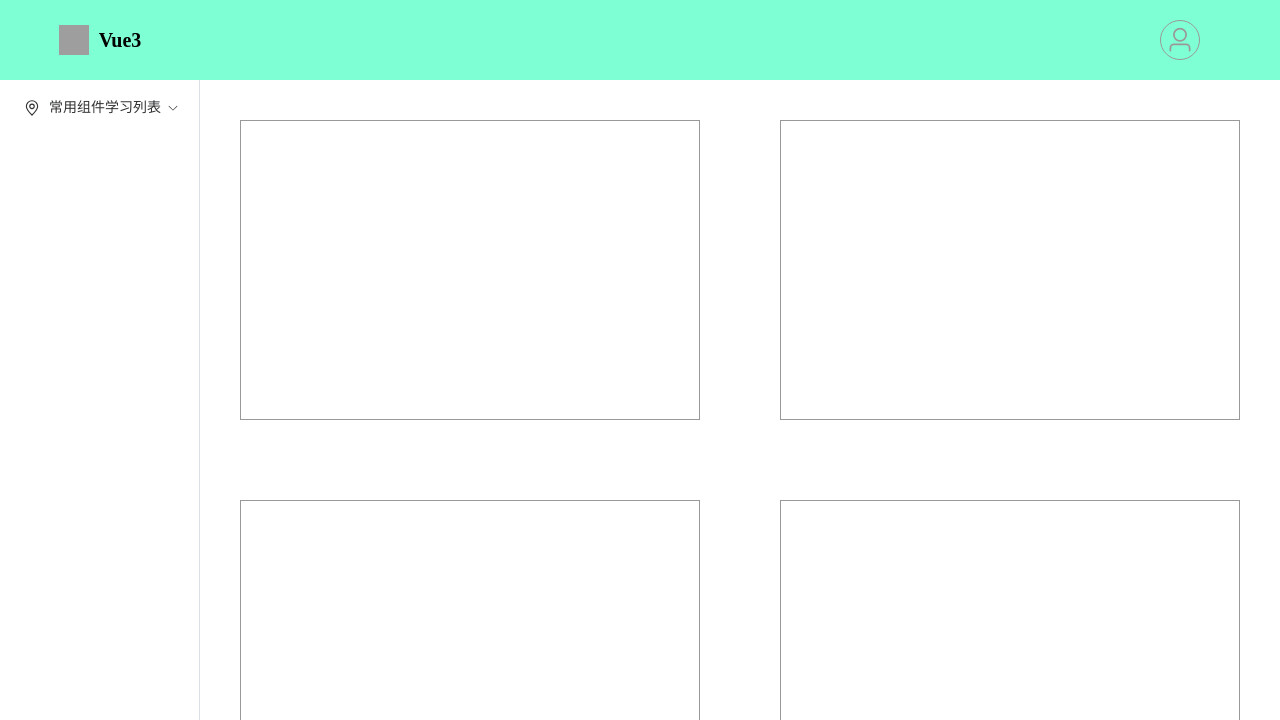
Repository: 553559555/vue3-project
Page: /#/index (app in vue3-app/)
These files come from the project's save history. The page is drawn as it stood at one moment and after the next save; the edit follows.
The browser window is 1280 px wide. The pictures show the whole page.
Pictures or frames that could not be fetched are drawn as grey boxes. An inner scrolling area shows only its first screen. The project was rebuilt for these pictures with package versions that can differ from the ones it lists, and the page was loaded fresh each time. Also part of the build but not shown: vue3-app/vite.config.ts.

Above is the page before, as saved 2025-03-24 11:12:37.

### vue3-app/src/main.ts
import { createApp } from 'vue'
import ElementPlus from 'element-plus'
import 'element-plus/dist/index.css'
import router from './router'
import pinia from './stores'
import './style.css'
import App from './App.vue'

const app = createApp(App)
app.use(ElementPlus)
app.use(router)
app.use(pinia)

app.mount('#app')

### vue3-app/src/router/index.ts
import { createRouter, createWebHashHistory, createWebHistory } from 'vue-router'
import type { RouteRecordRaw } from 'vue-router'

const routes: Array<RouteRecordRaw> = [
  {
    path: '/',
    name: 'Login',
    component: () => import('../views/login.vue')
  },
  {
    path: '/index',
    name: 'index',
    component: () => import('../views/index.vue'),
    children: [
      {
        path: '',
        name: 'Home',
        component: () => import('../views/Home.vue')
      },
      {
        path: '/about',
        name: 'About',
        component: () => import('../views/About.vue')
      }
    ]
  }

]

const router = createRouter({
  history: createWebHashHistory(),
  routes
})

export default router

### vue3-app/src/stores/index.ts
import { createPinia } from 'pinia'

const pinia = createPinia()

export default pinia

### vue3-app/src/style.css
/* CSS 重置 */
* {
  margin: 0;
  padding: 0;
  box-sizing: border-box;
}

### vue3-app/src/App.vue
<script setup lang="ts">
import { RouterView } from 'vue-router'
</script>

<template>
    <router-view />
</template>

### vue3-app/src/views/index.vue
<template>
    <div>
        <el-header>
            <home-header />
        </el-header>
        <el-container>
            <el-aside width="200px">
                <home-left />
            </el-aside>
            <el-main>
                <router-view>
                </router-view>
            </el-main>
        </el-container>
    </div>
</template>

<script setup>

import { RouterView } from 'vue-router'
import HomeLeft from './components/home-left.vue'
import HomeHeader from './components/home-header.vue'

</script>



<style scoped lang="scss">
div {
    width: 100vw;
    height: 100vh;
    box-sizing: border-box;

    .el-header {
        height: 80px;
        padding: 0;
    }


    .el-container {
        height: calc(100vh - 80px);
    }

    .el-main {
        margin: 0px;
        padding: 0px;
        width: 100%;
        height: 100%;
    }
}
</style>

### vue3-app/src/views/Home.vue
<template>
  <div class="home-container">
    <el-row class="row">
      <el-col :span="12">
        <div class="grid-content" />
      </el-col>
      <el-col :span="12">
        <div class="grid-content" />
      </el-col>
    </el-row>

    <el-row class="row">
      <el-col :span="12">
        <div class="grid-content" />
      </el-col>
      <el-col :span="12">
        <div class="grid-content" />
      </el-col>
    </el-row>

  </div>
</template>

<script lang="ts" setup>

</script>

<style scoped lang="scss">
.home-container {
  width: 100%;
  height: 100%;

  .row {
    min-height: 200px;

    .el-col {

      .grid-content {
        margin: 40px;
        border: solid 1px #999;
        height: 300px;
      }

    }
  }
}
</style>

### vue3-app/src/views/components/home-left.vue
<template>
    <div class="home-left-container">
        <el-menu default-active="2" class="el-menu-vertical-demo" @open="handleOpen" @close="handleClose"
            @select="handleSelect">
            <el-sub-menu v-for="(items, index) in listData" :index="items.name" :key="index">
                <template #title>
                    <el-icon>
                        <location />
                    </el-icon>
                    <span>{{ items.name }}</span>
                </template>
                <el-menu-item v-for="(item, index) in items.children" :index="item.name" :key="index">
                    <el-icon>
                        <location />
                    </el-icon>
                    <span>{{ item.name }}</span>
                </el-menu-item>
            </el-sub-menu>
        </el-menu>
    </div>
</template>

<script setup>
import { Location } from "@element-plus/icons-vue";

import { reactive, ref } from "vue";
const listData = reactive([
    {
        name: "常用组件学习列表",
        children: [
            {
                name: 'button'
            },
            {
                name: 'input'
            }
        ],
    },
]);
const isCollapse = ref(true);
const handleOpen = (key, keyPath) => {
    console.log(key, keyPath);
};
const handleClose = (key, keyPath) => {
    console.log(key, keyPath);
};

const handleSelect = (key, keyPath) => {
    console.log(key, keyPath);
};
</script>

<style scoped lang="scss">
.home-left-container {
    height: 100%;
    width: 100%;
    background-color: #fff;

    .el-menu-vertical-demo:not(.el-menu--collapse) {
        width: 200px;
        min-height: 100%;
    }
}
</style>

### vue3-app/src/views/components/home-header.vue
<template>
    <div class="home-header">
        <div class="home-header-left">
            <img src="/src/assets/vue.svg" alt="logo" />
            <span>Vue3</span>
        </div>
        <div class="home-header-right">

            <el-icon :size="40"><User /></el-icon>

        </div>
    </div>
</template>

<script setup>
import { User } from '@element-plus/icons-vue'
</script>

<style lang="scss" scoped>
.home-header {
    width: 100%;
    height: 100%;
    background-color: aquamarine;
    display: flex;
    flex-direction: row;
    align-items: center;
    justify-content: space-between;


    .home-header-left {
        width: 200px;
        height: 100%;
        display: flex;
        flex-direction: row;
        align-items: center;
        justify-content: center;

        img {
            width: 30px;
            height: 30px;
        }

        span {
            font-size: 20px;
            font-weight: bold;
            margin-left: 10px;
        }
    }


    .home-header-right {
        width: 200px;
        height: 100%;
        display: flex;
        flex-direction: row;
        align-items: center;
        justify-content: center;


        .el-icon {
            border: 1px solid #999;
            border-radius: 50%;
            padding: 5px;
            color: #999;
        }
    }
}
</style>

Loaded but not shown: vue3-app/index.html (common file)

After the next save:
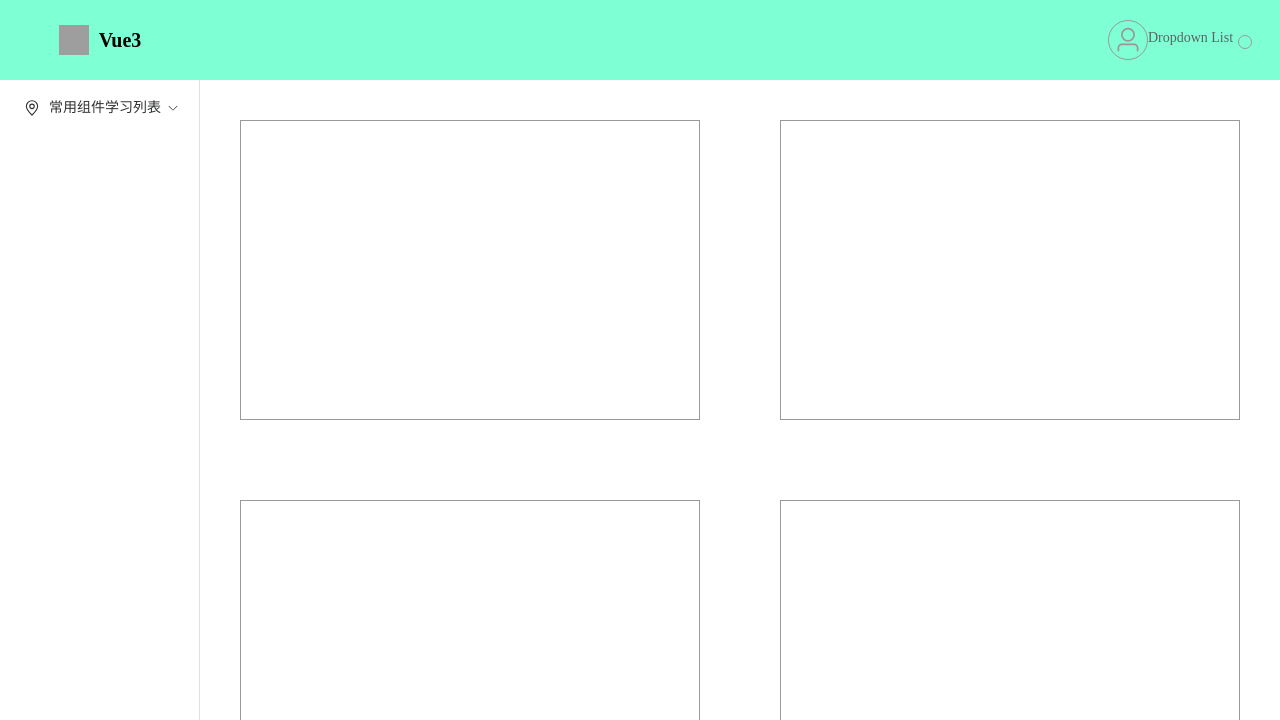
Saved 106 s later.
--- a/vue3-app/src/views/components/home-header.vue
+++ b/vue3-app/src/views/components/home-header.vue
@@ -5,9 +5,23 @@
             <span>Vue3</span>
         </div>
         <div class="home-header-right">
-
             <el-icon :size="40"><User /></el-icon>
-
+            <el-dropdown>
+        <span class="el-dropdown-link">
+          Dropdown List<el-icon class="el-icon--right"><arrow-down /></el-icon>
+        </span>
+        <template #dropdown>
+          <el-dropdown-menu>
+            <el-dropdown-item :icon="Plus">Action 1</el-dropdown-item>
+            <el-dropdown-item :icon="CirclePlusFilled">
+              Action 2
+            </el-dropdown-item>
+            <el-dropdown-item :icon="CirclePlus">Action 3</el-dropdown-item>
+            <el-dropdown-item :icon="Check">Action 4</el-dropdown-item>
+            <el-dropdown-item :icon="CircleCheck">Action 5</el-dropdown-item>
+          </el-dropdown-menu>
+        </template>
+      </el-dropdown>
         </div>
     </div>
 </template>
